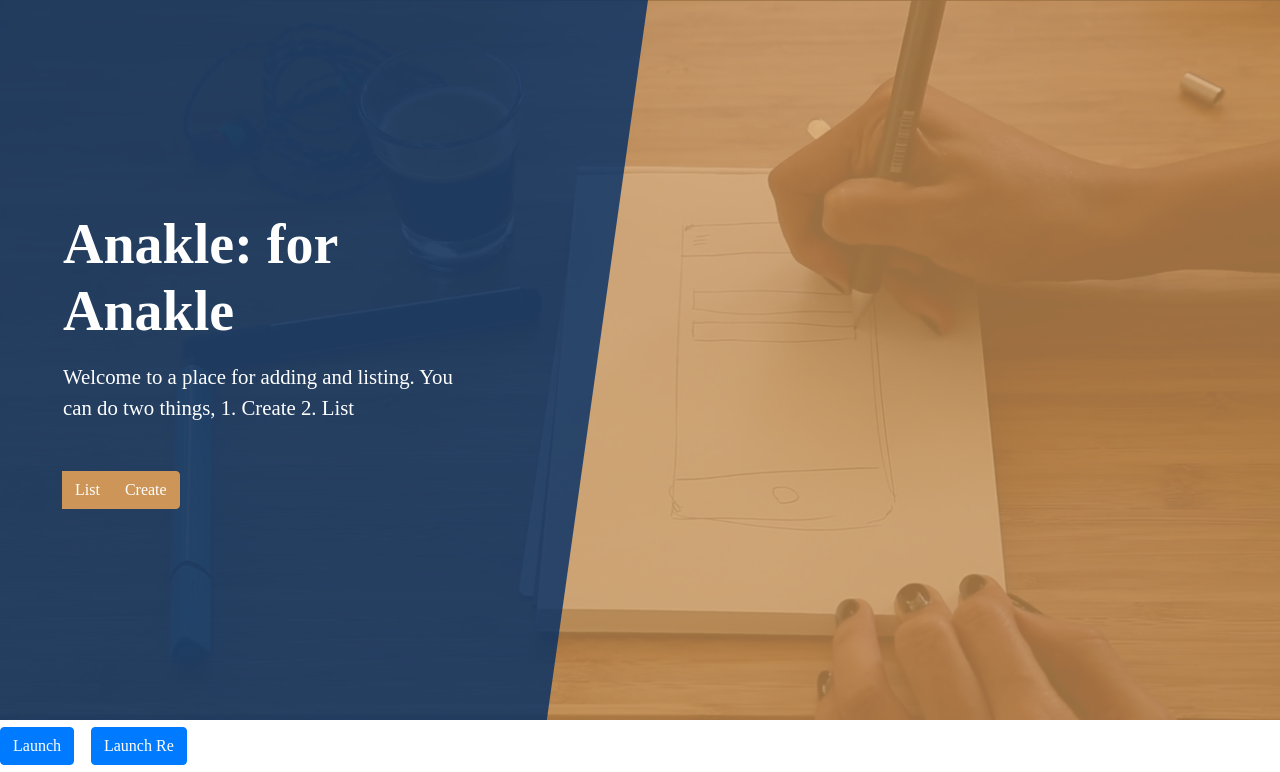
Repository: Guruscode/mega-list
Page: http://localhost/
These files come from the project's save history. The page is drawn as it stood at one moment and after the next save; the edit follows.
The browser window is 1280 px wide. The pictures show the whole page.
Some web fonts or font styles are not loaded; a fallback is used. The page is run by PHP 8.4 with error messages shown; the project is at /var/www/html/.

Above is the page before, as saved 2018-02-22 16:42:58.
Console error: TypeError: Cannot read properties of undefined (reading 'fn')

After the next save:
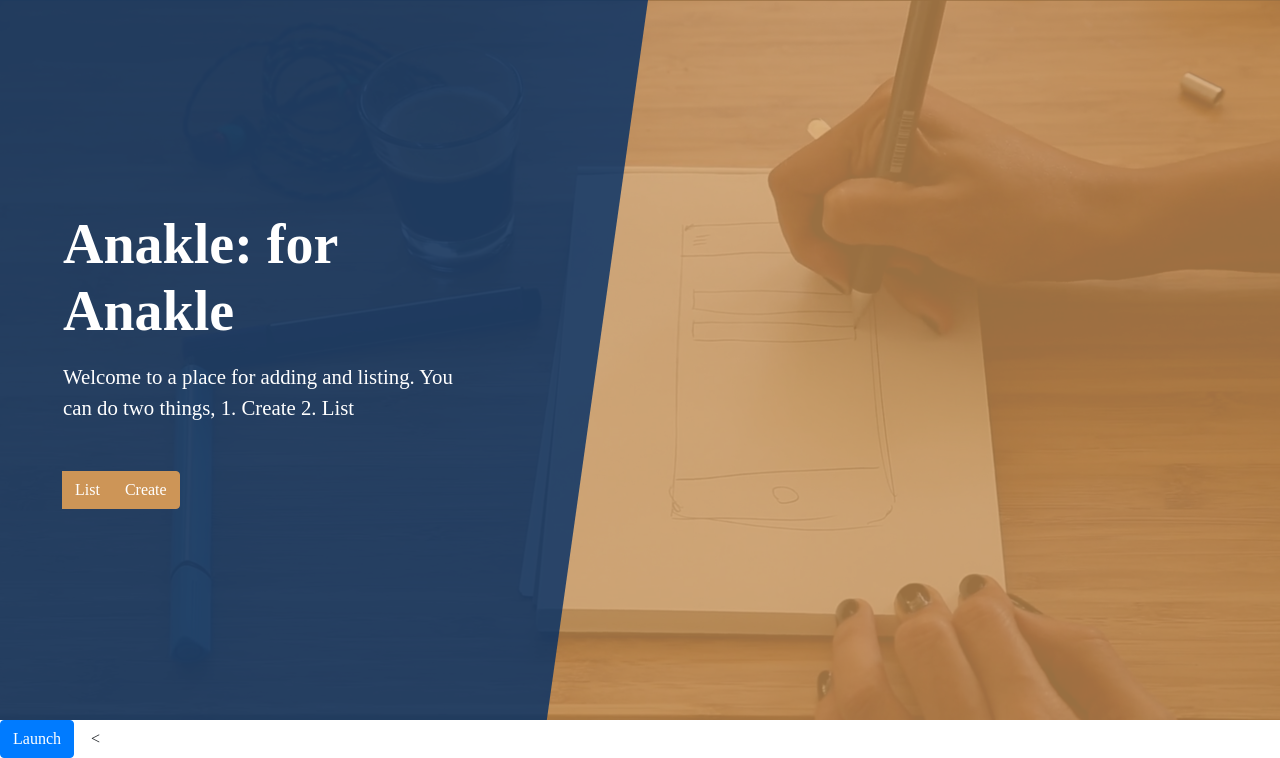
Saved 4 min 18 s later.
--- a/index.php
+++ b/index.php
@@ -57,6 +57,7 @@
       </div>
       <div class="modal-body">
 
+            <div class="col-md-6">Name</div><div class="col-md-6"><input type="text" name="email" class="form-control" /></div>
             <div class="col-md-6">Email</div><div class="col-md-6"><input type="text" name="email" class="form-control" /></div>
             <div class="col-md-6">Password</div><div class="col-md-6"><input type="text" name="password"  class="form-control"/></div>
 
@@ -77,38 +78,7 @@
 
 
 <!-- Button trigger modal -->
-<!-- <button type="button" class="btn btn-primary" id="register_modal" data-toggle="modal" data-target="#exampleModalCenter">
-  Launch
-</button> -->
-<button type="button" class="btn btn-primary" id="register_modal" data-toggle="modal" data-target="#registerModalCenter">
-  Launch Re
-</button>
-
-<!-- Modal -->
-<div class="modal fade" id="registerModalCenter" tabindex="-1" role="dialog" aria-labelledby="registerModalCenterTitle" aria-hidden="true">
-  <div class="modal-dialog modal-dialog-centered" role="document">
-    <div class="modal-content">
-      <div class="modal-header">
-        <h5 class="modal-title" id="registerModalLongTitle">Register</h5>
-        <button type="button" class="close" data-dismiss="modal" aria-label="Close">
-          <span aria-hidden="true">&times;</span>
-        </button>
-      </div>
-      <div class="modal-body">
-
-            <div class="col-md-6">Name</div><div class="col-md-6"><input type="text" name="name" class="form-control" /></div>
-            <div class="col-md-6">Email</div><div class="col-md-6"><input type="text" name="email"  class="form-control"/></div>
-            <div class="col-md-6">Password</div><div class="col-md-6"><input type="text" name="password" class="form-control" /></div>
-
-      </div>
-      <div class="modal-footer">
-        <button type="button" class="btn btn-danger" data-dismiss="modal" id="rf_close">Close</button>
-        <button onclick="login()" type="button" class="btn btn-primary">login</button>
-        <a  class="btn btn-default" onclick="switchForm('rf')">Have Account? Login</button>
-      </div>
-    </div>
-  </div>
-</div>
+<
 
 <!-- Register Modal Ends -->
 
